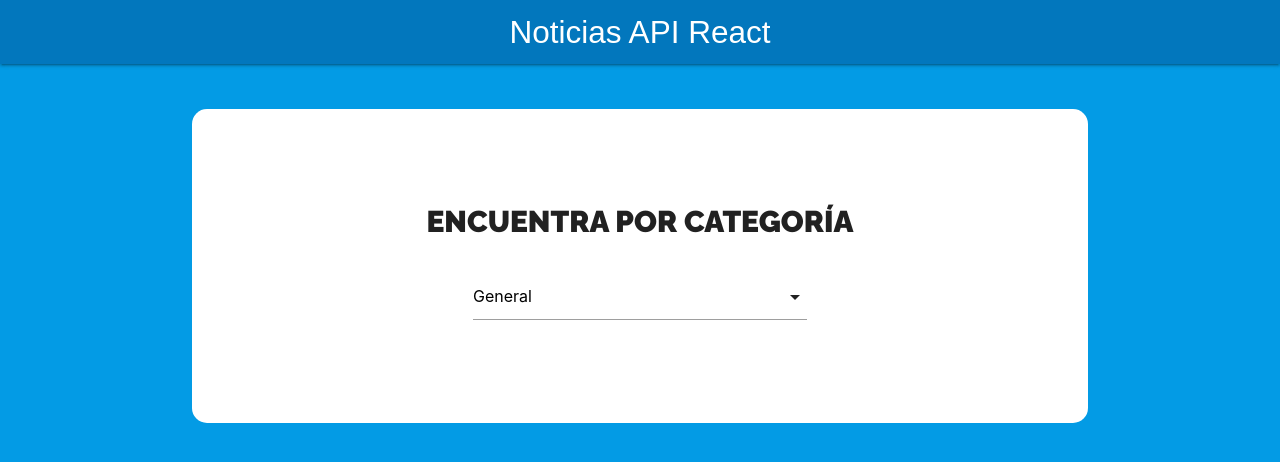
Repository: ppfeliuu/News-API-React
Page: /
These files come from the project's save history. The page is drawn as it stood at one moment and after the next save; the edit follows.
The browser window is 1280 px wide. The pictures show the whole page.
The page's requests for data from a server got no answer. The project was rebuilt for these pictures with package versions that can differ from the ones it lists, and the page was loaded fresh each time. No one was signed in, and anything a server would have sent is missing. Also part of the build but not shown: src/components/Noticia.js.

Above is the page before, as saved 2019-06-19 11:41:00.

### public/index.html
<!DOCTYPE html>
<html lang="en">
  <head>
    <meta charset="utf-8" />
    <link rel="shortcut icon" href="%PUBLIC_URL%/logo.png" />
    <meta name="viewport" content="width=device-width, initial-scale=1" />
    <meta name="theme-color" content="#000000" />
    <!--
      manifest.json provides metadata used when your web app is installed on a
      user's mobile device or desktop. See https://developers.google.com/web/fundamentals/web-app-manifest/
    -->
    <link rel="manifest" href="%PUBLIC_URL%/manifest.json" />

    <link rel="stylesheet" href="https://cdnjs.cloudflare.com/ajax/libs/materialize/1.0.0/css/materialize.min.css">
    <link href="https://fonts.googleapis.com/css?family=Raleway:700,900" rel="stylesheet">
    <!--
      Notice the use of %PUBLIC_URL% in the tags above.
      It will be replaced with the URL of the `public` folder during the build.
      Only files inside the `public` folder can be referenced from the HTML.

      Unlike "/favicon.ico" or "favicon.ico", "%PUBLIC_URL%/favicon.ico" will
      work correctly both with client-side routing and a non-root public URL.
      Learn how to configure a non-root public URL by running `npm run build`.
    -->
    <title>React App</title>
  </head>
  <body>
    <noscript>You need to enable JavaScript to run this app.</noscript>
    <div id="root"></div>
    <!--
      This HTML file is a template.
      If you open it directly in the browser, you will see an empty page.

      You can add webfonts, meta tags, or analytics to this file.
      The build step will place the bundled scripts into the <body> tag.

      To begin the development, run `npm start` or `yarn start`.
      To create a production bundle, use `npm run build` or `yarn build`.
    -->
    <script src="https://cdnjs.cloudflare.com/ajax/libs/materialize/1.0.0/js/materialize.min.js"></script>
     <script>
      document.addEventListener('DOMContentLoaded', function() {
          var elements = document.querySelectorAll('select');
          M.FormSelect.init(elements);
      });
    </script>
  </body>
</html>

### src/index.css
body {
  margin: 0;
  padding: 0;
  font-family: sans-serif;
}

body {
  background-color: #039be5;
}
.card-content h3 {
  font-size: 1.4rem;
}
.row {
  display: flex;
  flex-wrap: wrap;
}
.contenedor-noticias {
  padding: 2rem;
  border-radius: 1rem;
  margin-top: 3rem;
}

.buscador {
  margin-top: 2rem;
  margin-bottom: 2rem;
  text-align: left;
}
.buscador label {
  font-size: 2rem;
  color: black;
}
.dropdown-content li>span {
  color: black;
}
.select-wrapper input.select-dropdown:focus {
  border-bottom: 1px solid #e64a19!important;
}
h2 {
  font-family: 'Raleway', sans-serif;
  font-weight: 900;
  font-size: 2rem;
  text-transform: uppercase;
  text-align: center;
}

.card-action .btn {
  width: 100%;
}
.enviar input[type="submit"] {
  width: 100%;
}

.fade-enter {
  opacity: 0;
  transform: scale(1.25);
}
.fade-enter.fade-enter-active {
  opacity: 1;
  transition: all .5s ease-in;
  transform: scale(1);
}

.fade-exit {
  opacity: 1;
  transform: scale(1.25);
}
.fade-exit.fade-exit-active {
  opacity: 0;
  transition: all .5s ease-in;
  transform: scale(1);
}

### src/App.js
import React, { Component, Fragment } from 'react';
import Header from './components/Header';
import ListaNoticias from './components/ListaNoticias'
import Formulario from './components/Formulario'

class App extends Component {
  state = {
    noticias: []
   }

  componentDidMount() {
    this.consultarNoticias();
  }

  consultarNoticias = async (categoria = 'general') => {
    const url = `https://newsapi.org/v2/top-headlines?country=us&category=${categoria}&apiKey=d366c02b66b04ee2bb3309e8e90df583`;

    const respuesta = await fetch(url);
    const noticias = await respuesta.json();

    this.setState({
      noticias: noticias.articles
    })
  }

  render() {
    return (
      <Fragment>
        <Header titulo="Noticias API React"/>
        <div className="container white contenedor-noticias">
            <Formulario
              consultarNoticias={this.consultarNoticias} />
            <ListaNoticias
              noticias={this.state.noticias}
            />
        </div>
      </Fragment>
    );
  }
}


export default App;

### src/components/Header.js
import React from 'react';
import PropTypes from 'prop-types';

const Header = ({titulo}) => (
    <nav className="nav-wrapper light-blue darken-3">
        <span className="brand-logo center">{titulo}</span>
    </nav>
);
Header.propTypes = {
    titulo: PropTypes.string.isRequired
}

export default Header;

### src/components/ListaNoticias.js
import React from 'react';
import Noticia from './Noticia'
import PropTypes from 'prop-types';

const ListaNoticias = ({noticias}) =>
(
    <div className="row">
        {noticias.map(noticia => (
            <Noticia
                key={noticia.url}
                noticia={noticia}
            />
        ))}
    </div>
);

ListaNoticias.propTypes = {
    noticias: PropTypes.array.isRequired
}


export default ListaNoticias;

### src/components/Formulario.js
import React, { Component } from 'react';
import PropTypes from 'prop-types';

class Formulario extends Component {
    state = {
        categoria: 'general'
     }

     cambiarCategoria = e => {
        this.setState({
            categoria: e.target.value
        }, () => {
            this.props.consultarNoticias(this.state.categoria);
        });
     }

    render() {
        return (
            <div className="buscador row">
                <div className="col s12 m8 offset-m2">
                    <form >
                        <h2>Encuentra por categoría</h2>

                        <div className="input-field col s12 m8 offset-m2">
                            <select onChange={this.cambiarCategoria}>
                                <option value="general">General</option>
                                <option value="business">Business</option>
                                <option value="entertainment">Entertainment</option>
                                <option value="health">Health</option>
                                <option value="science">Science</option>
                                <option value="sports">Sports</option>
                                <option value="technology">Technology</option>
                            </select>
                        </div>
                    </form>
                </div>
            </div>
         );
    }
}
Formulario.protoTypes = {
    consultarNoticias: PropTypes.func.isRequired
}

export default Formulario;

Loaded but not shown: src/index.js (common file); src/serviceWorker.js (common file)

After the next save:
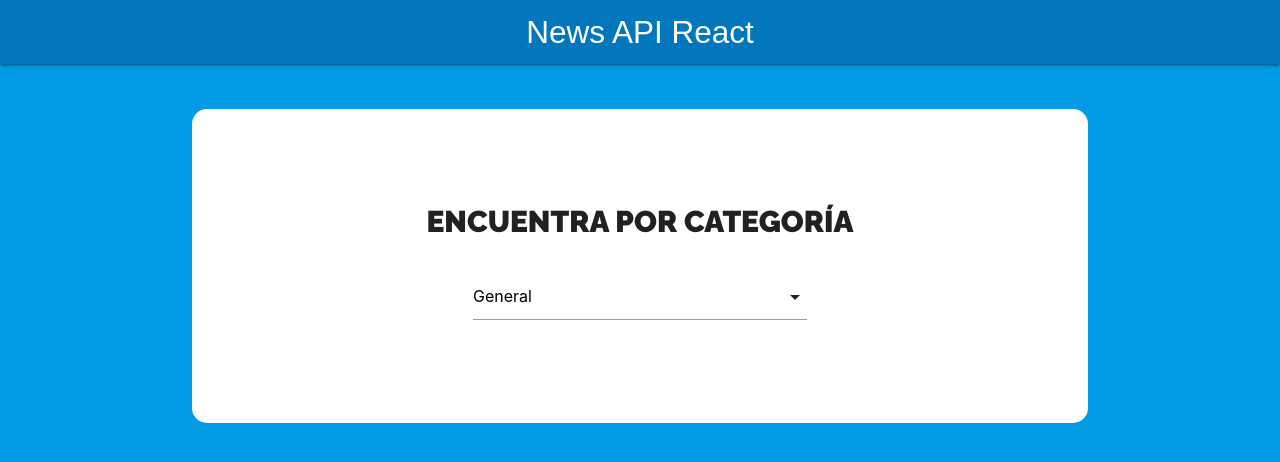
Saved 7 min 49 s later.
--- a/src/App.js
+++ b/src/App.js
@@ -26,7 +26,7 @@ class App extends Component {
   render() {
     return (
       <Fragment>
-        <Header titulo="Noticias API React"/>
+        <Header titulo="News API React"/>
         <div className="container white contenedor-noticias">
             <Formulario
               consultarNoticias={this.consultarNoticias} />
